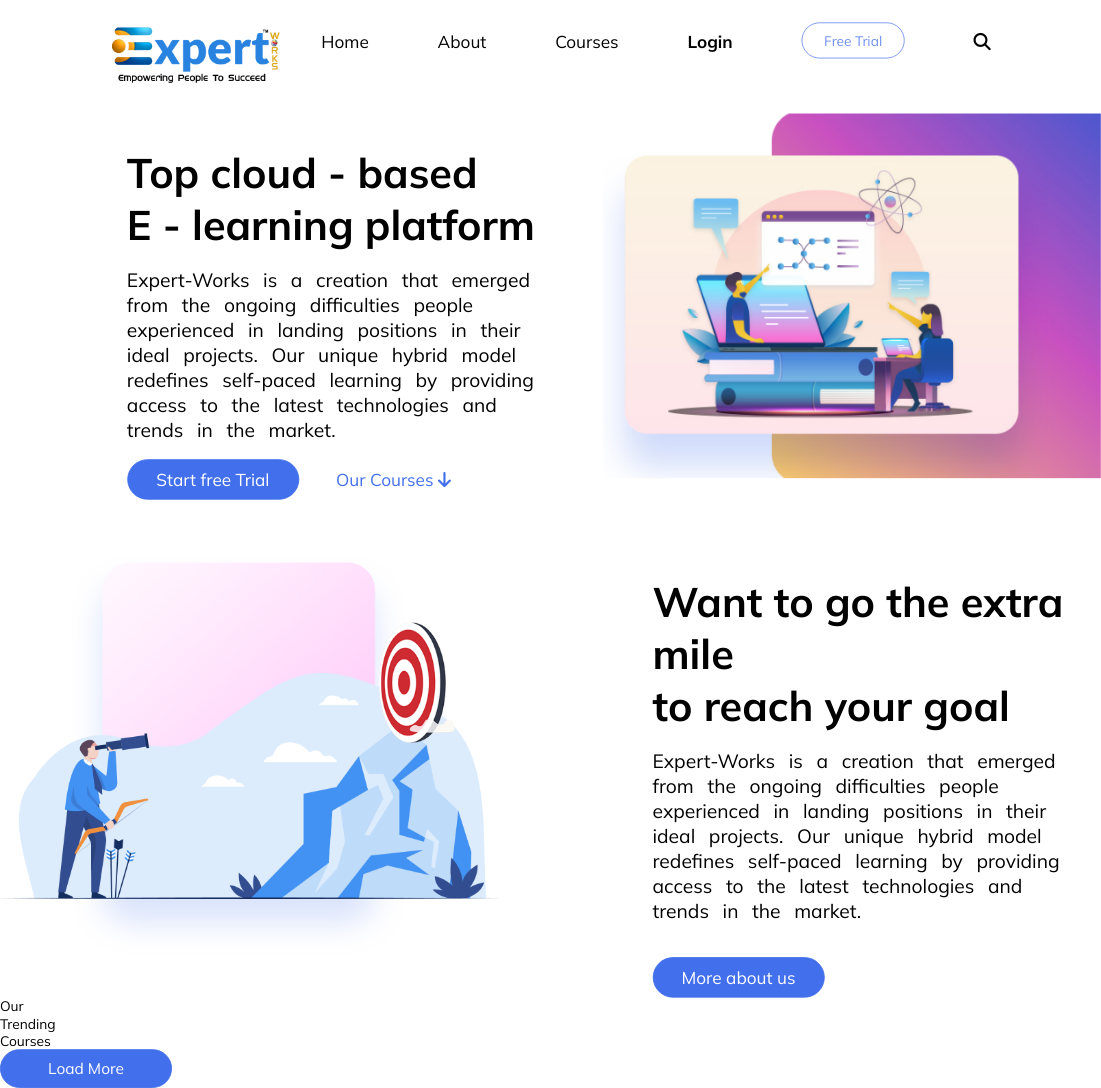
Repository: FlyweisReact/Raghu-B2C
Page: /homePage
These files come from the project's save history. The page is drawn as it stood at one moment and after the next save; the edit follows.
The browser window is 1280 px wide. The pictures show the whole page, at 86% of full size.
Some web libraries are served in a nearby version. The project was rebuilt for these pictures with package versions that can differ from the ones it lists, and the page was loaded fresh each time. Also part of the build but not shown: src/Footer/footer.scss, src/Footer/Footer.jsx, src/component/pages/courses/course.scss, src/component/Navbar/nav.scss, src/component/Navbar/Nav.jsx, src/component/navigation/NavItems.js, src/component/navigation/Dropdown.css, src/component/navigation/Dropdown.js and 43 more.

Above is the page before, as saved 2023-02-03 15:49:50.

### public/index.html
<!DOCTYPE html>
<html lang="en">
  <head>
    <meta charset="utf-8" />
    <link rel="icon" href="%PUBLIC_URL%/favicon.ico" />
    <meta name="viewport" content="width=device-width, initial-scale=1" />
    <meta name="theme-color" content="#000000" />
    <meta
      name="description"
      content="Web site created using create-react-app"
    />
    <link rel="apple-touch-icon" href="%PUBLIC_URL%/logo192.png" />
    <link href="https://fonts.googleapis.com/css2?family=Mulish:ital,wght@0,200;0,300;0,400;0,500;0,600;0,700;0,800;0,900;1,200;1,300;1,400;1,500;1,600;1,700;1,800&display=swap" rel="stylesheet">
    <link rel="manifest" href="%PUBLIC_URL%/manifest.json" />
    <title>Educational Web</title>
  </head>
  <body>
    <noscript>You need to enable JavaScript to run this app.</noscript>
    <div id="root"></div>
    <script src="https://kit.fontawesome.com/b533b351e4.js" crossorigin="anonymous"></script>
  </body>
</html>

### src/index.js
/** @format */

import React from "react";
import ReactDOM from "react-dom";
import { BrowserRouter } from "react-router-dom";
import App from "./App";

ReactDOM.render(
  <React.StrictMode>
    <BrowserRouter>
      <App />
    </BrowserRouter>
  </React.StrictMode>,
  document.getElementById("root")
);

### src/App.js
/** @format */

import { Routes, Route } from "react-router-dom";
import "./App.css";
import "./component/common.scss";
import Courses from "./component/pages/courses/Courses";
import Home from "./component/Home";
import Programs from "./component/pages/Programs/Programs";
import Login from "./component/pages/LoginPage/Login";
import CreateAccount from "./component/pages/CreateAccount/CreateAccount";
import UsertakenCourses from "./component/pages/UserTakenCourses/UsertakenCourses";
import ExploreMore from "./component/pages/morecourses/ExploreMore";
import Forgot from "./component/pages/forgotPassword/Forgot";
import OTP from "./component/pages/otp/OTP";
import Reset from "./component/pages/reset/Reset";
import ViewCourses from "./component/pages/viewCourses/ViewCourses";
import SignUpOtp from "./component/pages/signUpOtp/SignUpOtp"
import MyCourse from "./component/pages/Mycourse/MyCourse";
import MyCourseDesc from "./component/pages/Mycourse/MyCourseDesc";
import FreeTrial from "./component/pages/FreeTrial/FreeTrial";
import Subscription from "./component/pages/FreeTrial/Subscription";
import Billing from "./component/pages/FreeTrial/Billing";
import ThankYOu from "./component/pages/FreeTrial/ThankYOu";
import HomePage from "./HomePage";

function App() {
  const user = false;

  return (
    <div className="App">
      <Routes>
        <Route exect path="/" element={<Login />} />
        <Route exect path="/emailVerify" element={<Forgot />} />
        <Route exect path="/otp" element={<OTP />} />
        <Route exect path="/reset" element={<Reset />} />
        <Route exect path="/cources" element={<Courses />} />
        <Route exect path="/viewCourses" element={<ViewCourses />} />
        <Route exect path="/program" element={<Programs />} />
        <Route exect path="/home" element={<Home user={user} />} />
        <Route exect path="/create-acount" element={<CreateAccount />} />
        <Route exect path="/signUpOtp" element={<SignUpOtp />} />
        <Route exect path="/user" element={<UsertakenCourses />} />
        <Route exect path="/explore" element={<ExploreMore />} />
        <Route exect path="/myCourse" element={<MyCourse />} />
        <Route exect path="/myCourse/:id" element={<MyCourseDesc />} />
        <Route  exect path="/trial" element={<FreeTrial />} />
        <Route  exect path="/subscription" element={<Subscription />} />
        <Route  exect path="/billing" element={<Billing />} />
        <Route  exect path="/thank" element={<ThankYOu />} />
        <Route  exect path="/homePage" element={<HomePage />} />





      </Routes>
    </div>
  );
}

export default App;

### src/App.css
*{
  margin: 0;
  padding: 0;
  box-sizing: border-box;
  font-family: 'Mulish', sans-serif;
}
.hello{
  color:#7ABCFF;
color:  #3284D6;
color:  #D1E8FF;

}

### src/component/common.scss
.links{
    text-decoration: none;
    color: #fff;
    overflow-x: hidden;
}

*{
    // overflow-x: hidden;
    scroll-behavior: smooth;
}

### src/HomePage.js
/** @format */

import React from "react";
import "./HomePage.css";
// Images
import img from "./images/logo.png";
import img1 from './images/1st image.png'
import img2 from './images/2nd image.png'
import img3 from './images/Home.png'


const HomePage = () => {
  return (
    <>
      <div className="HomeNewnav">
        <div className="left">
          <img src={img} alt="" />
        </div>
        <div className="right">
          <ul>
            <li>Home</li>
            <li>About </li>
            <li>Courses</li>
            <li style={{ fontWeight: "bold" }}>Login</li>
            <button>Free Trial</button>
            <li>
              <i class="fa-solid fa-magnifying-glass"></i>
            </li>
          </ul>
        </div>
      </div>

      <div className="mainSecTwo">
        <div className="left">
          <p className="head">
            Top cloud - based <br /> E - learning platform{" "}
          </p>
          <p className="desc">
            Expert-Works is a creation that emerged from the ongoing
            difficulties people experienced in landing positions in their ideal
            projects. Our unique hybrid model redefines self-paced learning by
            providing access to the latest technologies and trends in the
            market.
          </p>
          <div className="btns">
            <button
              style={{
                backgroundColor: "#426fec",
                color: "#fff",
                width: "200px",
                border: "1px solid #426fec",
                fontSize: "20px",
                borderRadius: "50px",
                padding: "10px",
              }}
            >
              Start free Trial
            </button>
            <button
              style={{
                backgroundColor: "#fff",
                color: "#426fec",
                width: "200px",
                border: "none",
                fontSize: "20px",
                borderRadius: "50px",
                padding: "10px",
              }}
            >
              Our Courses <i class="fa-solid fa-arrow-down"></i>
            </button>
          </div>
        </div>
        <div className="right">
          <img
            src={img3}
            alt=""
          />
        </div>
      </div>

      <div className="mainSecTwo2">
        <div className="left">
          <img
            src={img2}
            alt=""
          />
        </div>
        <div className="right">
          <p className="head">
            Want to go the extra mile <br />
            to reach your goal
          </p>
          <p className="desc">
            Expert-Works is a creation that emerged from the ongoing
            difficulties people experienced in landing positions in their ideal
            projects. Our unique hybrid model redefines self-paced learning by
            providing access to the latest technologies and trends in the
            market.
          </p>
          <div className="btns">
            <button
              style={{
                backgroundColor: "#426fec",
                color: "#fff",
                width: "200px",
                border: "1px solid #426fec",
                fontSize: "20px",
                borderRadius: "50px",
                padding: "10px",
              }}
            >
              More about us
            </button>
          </div>
        </div>
      </div>

      <div className="centerMainDiv">
        <div className="left">
          <p className="head">
            Our <br /> Trending <br /> Courses
          </p>{" "}
          <button
            style={{
              backgroundColor: "#426fec",
              color: "#fff",
              width: "200px",
              border: "1px solid #426fec",
              fontSize: "18px",
              borderRadius: "50px",
              padding: "10px",
            }}
          >
           Load More
          </button>
        </div>
        <div className="right">
            <div className="group">
                <div></div>
            </div>
        </div>
      </div>
    </>
  );
};

export default HomePage;

### src/HomePage.css
.HomeNewnav{
    display: flex;
    justify-content: space-between;
    width: 80%;
    margin-left:10%;
    margin-top: 2%;
}
.HomeNewnav .left img{
    width: 200px;
}
.HomeNewnav .right ul {
    display: flex;
    gap: 5rem;
}
.HomeNewnav .right ul li{
    list-style: none;
    font-size: 20px;
    margin-top: 10px;
}
.HomeNewnav .right ul  button {
    width: 120px;
    font-size: 16px;
    margin-top: 0;
    border: 1px solid #6e90f0;
    color: #6e90f0;
    background-color: #fff;

    padding: 10px;
    border-radius: 50px;
}
.HomeNewnav .right ul li:hover{
    color: #6e90f0;
    cursor: pointer;
}



.mainSecTwo {
    display: flex;
    margin-top: 2%;
    gap: 2rem;
    justify-content: space-between;
}
.mainSecTwo .left{
    width: 50%;
    margin-left: 7%;
    margin-top: 3%;
}
.mainSecTwo .right{
    width: 50%;
}
.mainSecTwo .right img {
    width: 100%;
}
.mainSecTwo .left .head{
    font-size: 3rem;
    font-weight: bold;
    margin-left: 10%;

}
.mainSecTwo .left .desc{
    width: 500px;
    word-spacing: 10px;
    font-size: 1.4rem;
    margin-top: 20px;
    margin-left: 10%;
}
.mainSecTwo .left .btns{
    display: flex;
    gap: 10px;
    margin-left: 10%;
    margin-top: 20px;
}



.mainSecTwo2{
    display: flex;
    margin-top: 5%;
    gap: 2rem;
    justify-content: space-between;
}
.mainSecTwo2 .right{
    width: 50%;
    margin-top: 2%;
    margin-left: 7%;
}
.mainSecTwo2 .left{
    width: 50%;
}
.mainSecTwo2 .left img {
    width: 100%;
}
.mainSecTwo2 .right .head{
    font-size: 3rem;
    font-weight: bold;
    margin-left: 10%;
}
.mainSecTwo2 .right .desc{
    width: 500px;
    word-spacing: 10px;
    font-size: 1.4rem;
    margin-top: 20px;
    margin-left: 10%;
}
.mainSecTwo2 .right .btns{
    display: flex;
    gap: 10px;
    margin-left: 10%;
    margin-top: 40px;
}

Loaded but not shown: src/component/pages/viewCourses/viewCourses.css (no stored copy; drawn as an empty file)

After the next save:
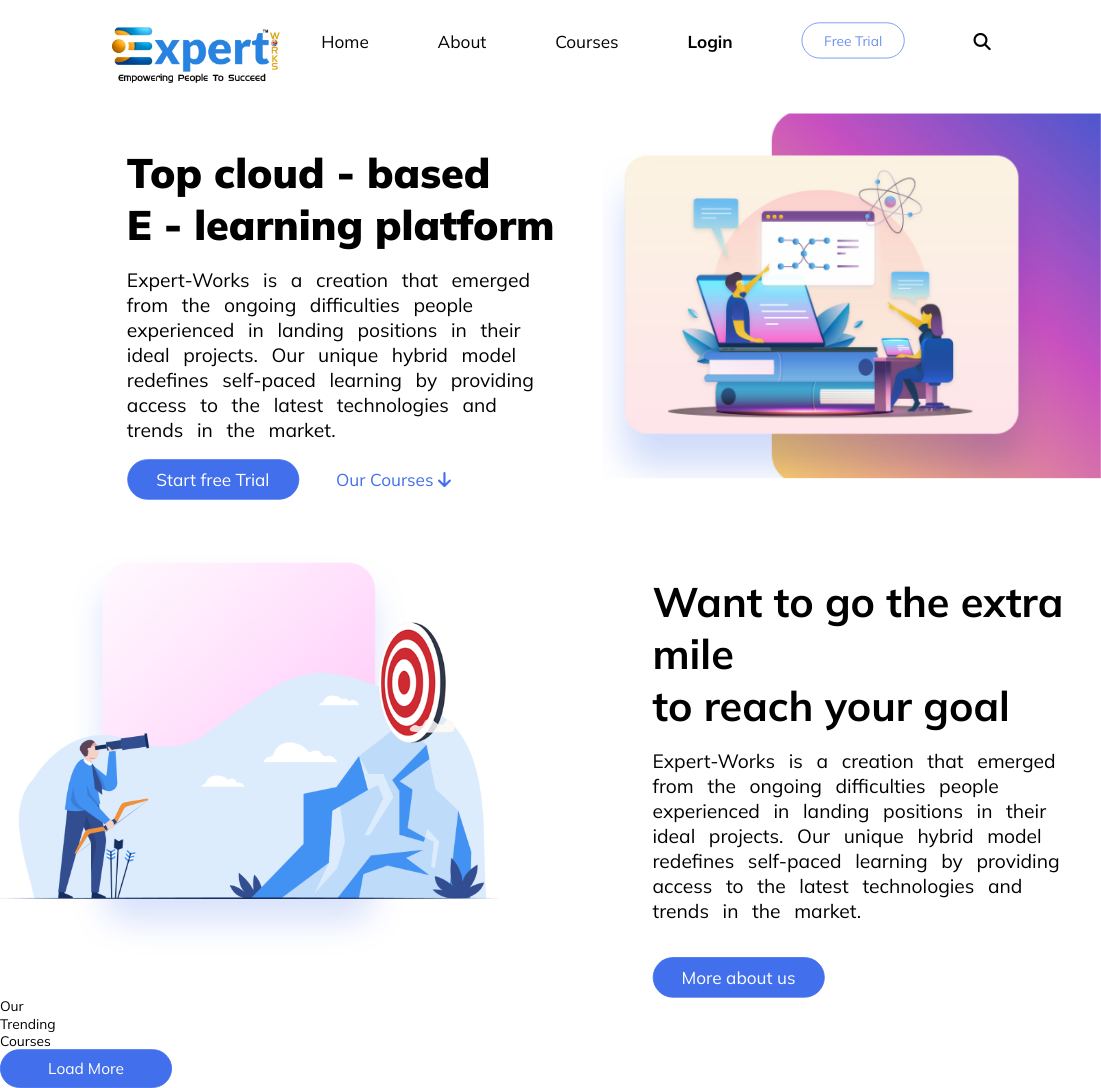
Saved 8 s later.
--- a/src/HomePage.css
+++ b/src/HomePage.css
@@ -54,7 +54,7 @@
 }
 .mainSecTwo .left .head{
     font-size: 3rem;
-    font-weight: bold;
+    font-weight: 900;
     margin-left: 10%;
 
 }
